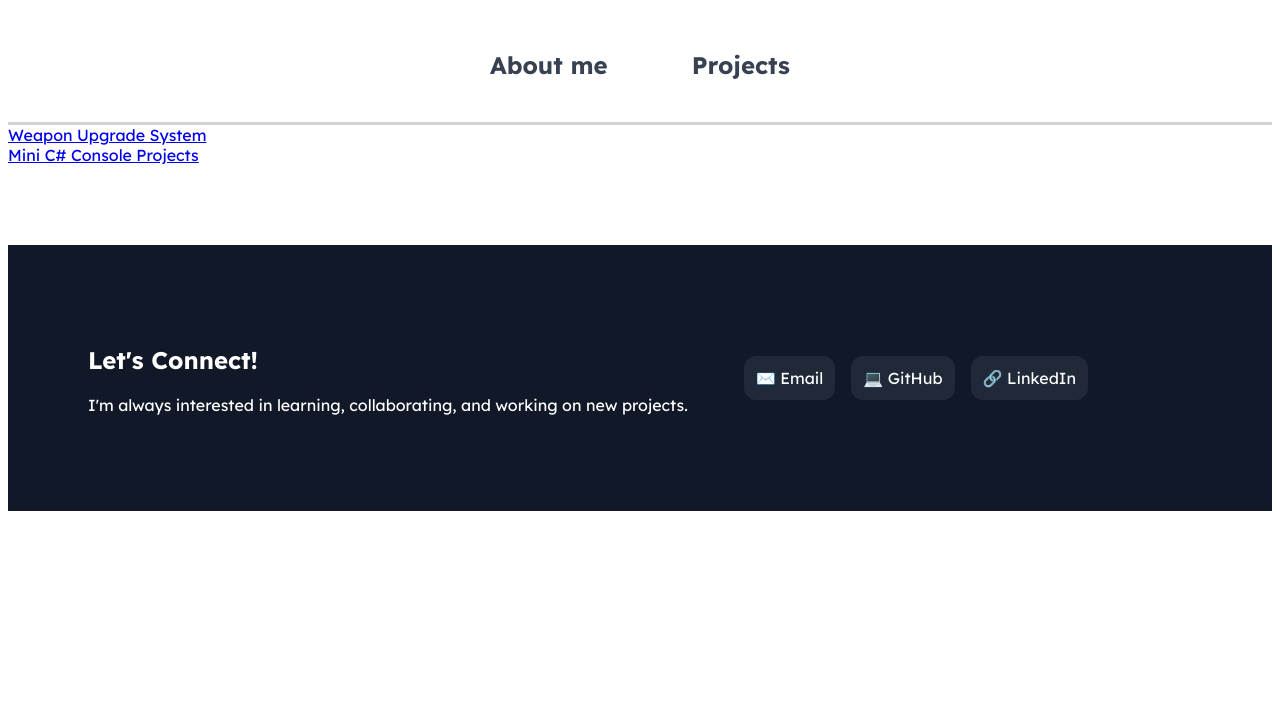
Repository: perrybalaba/perrybalaba
Page: pages/tic-tac-toe.html
The author's editor kept a copy of each file at every save. The page is drawn from the files as they stood at one save, then again after the next save.
The browser window is 1280 px wide. The pictures show the whole page.

Above is the page before, as saved 2026-05-14 17:56:02.

### pages/tic-tac-toe.html
<!DOCTYPE html>
<html lang="en">
<head>
    <meta charset="UTF-8">
    <meta name="viewport" content="width=device-width, initial-scale=1.0">
    <title> Perry's Portfolio </title>
    <link rel="stylesheet" href="../styles/projects.css"/>
    <link rel="stylesheet" href="../styles/globals.css"/>
</head>
<body>
    <main>
        <!-- NAVIGATION BAR -->
        <nav class="Nav-Bar">
            <ul>
                <li><a href="../index.html"> About me </a></li>
                <li><a href="../pages/weapon-upgrade.html"> Projects </a></li>
            </ul>
        </nav>
        <!-- INFO -->

        <!-- MORE PROJECTS -->
        <div class="Other-Projects">
            <div class="Other-Projects-Card">
                <a href="./weapon-upgrade.html"> Weapon Upgrade System </a>
            </div>

            <div class="Other-Projects-Card">
                <a href="./console-projects.html"> Mini C# Console Projects </a>
            </div>
        </div>

        <!-- CONTACT -->
        <div class="Contact">
            <div class="Contact-Container">
                <div class="Contact-Text">
                    <h2> Let's Connect! </h2>
                    <p>
                        I'm always interested in learning, collaborating, and working on new projects.
                    </p>
                </div>

                <div class="Contact-Links">
                    <a href="mailto:balabaperry@gmail.com"> ✉️ Email</a>
                    <a href="https://github.com/perrybalaba"> 💻 GitHub </a>
                    <a href="https://www.linkedin.com/in/ann-karen-balaba-46b839387/"> 🔗 LinkedIn</a>
                </div>
            </div>
        </div>
    </main>
</body>
</html>

### styles/projects.css
/* NAVIGATION BAR */
.Nav-Bar {
    padding: 1rem;
    border-bottom: 3px solid lightgray;
}

nav ul {
    list-style: none;
    display: flex;
    justify-content: center;
    flex-wrap: wrap;
    gap: 2rem;
    padding: 0;
}

nav ul li a {
    display: block;
    text-align: center;
    padding: .75rem 1rem;
    text-decoration: none;
    color: #374151;
    font-weight: bold;
    padding: 10px;
    border-radius: 10px;
    font-size: 1rem;
    transition: 0.2s;
}

nav ul li a:hover {
    transform: scale(1.08);
    background-color: #f3f4f6;
    color: black;
}

/* PROJECT */
.Project-Stats img {
    width: 1em;
    height: 1em;
    vertical-align: middle;
}

.Work-In-Progress {
    background-color: #fffaaf;
    padding: 8px;
    border-radius: 1000px;
    font-size: 0.9rem;
    font-weight: bold;
}

/* CONTACT */
.Contact {
    background-color: #111827;
    color: white;
    padding: 5rem;
    margin-top: 5rem;
}

.Contact-Container {
    display: flex;
    justify-content: space-between;
    align-items: center;
    max-width: 1000px;
    margin: 0;
    flex-wrap: wrap;
    gap: 2rem;
}

.Contact-Links {
    display: flex;
    gap: 1rem;
    flex-wrap: wrap;
}

.Contact-Links a {
    text-decoration: none;
    background-color: #1F2937;
    color: white;
    padding: 12px;
    border-radius: 12px;
    transition: 0.2s ease;
}

.Contact-Links a:hover {
    background-color: #374151;
    transform: scale(1.03);
}

### styles/globals.css
/* FONTS */
@font-face {
    font-family: "NotoSans";
    src: url(../assets/fonts/Noto_Sans/NotoSans-VariableFont_wdth\,wght.ttf);
}

@font-face {
    font-family: "Lexend";
    src: url(../assets/fonts/Lexend_Deca\,Noto_Sans/Lexend_Deca/LexendDeca-VariableFont_wght.ttf);
}

.Home-Header {
    font-family: "NotoSans";
}

.Nav-Bar {
    font-family: "Lexend";
}

main {
    font-family: "Lexend";
}

/* TABLET DESIGN */
@media (min-width: 768px) {
    /* NAVIGATION BAR */
    nav ul li a {
        font-size: 1.3rem;
    }

    /* HEADER */
    .Home-Header {
        font-size: 2.2rem;
    }

    /* ABOUT ME */
    .Info {
        flex-direction: row;
        justify-content: center;
        align-items: center;
        gap: 2rem;
        padding: 2rem;
    }

    .Description {
        width: 60%;
        max-width: 600px;
    }

    .Info img {
        max-width: 300px;
        width: 40%;
    }

    /* SKILLS */
    .Skill-Card {
        width: 260px;
    }

    .Skill-Icons img {
        width: 50px;
        height: 50px;
    }
}

/* DESKTOP */
@media (min-width: 1024px) {

    /* NAVIGATION */
    nav ul {
        gap: 4rem;
    }

    nav ul li a {
        font-size: 1.5rem;
    }

    /* ABOUT ME */
    .Info {
        gap: 5rem;
        padding: 4rem;
        justify-content: center;
        flex-direction: row;
        align-items: center;
    }

    .Description {
        max-width: 650px;
        font-size: 1.2rem;
        display: flex;
        flex-direction: column;
        align-items: center;
        justify-content: center;
        gap: 1rem;
    }

    .Info img {
        max-width: 500px;
    }

    .Home-Header {
        font-size: 4rem;
    }

    /* SKILLS */
    .Skill-Container {
        gap: 3rem;
    }

    .Skill-Card {
        width: 280px;
    }

    .Skill-Icons img {
        width: 80px;
        height: 80px;
    }

    /* SKILLS */
    .Projects-Container {
        display: flex;
        flex-direction: column;
        align-items: center;
    }

    .Project-Card {
        width: 100%;
        max-width: 850px;
        margin: 0 auto;
    }
}

After the next save:
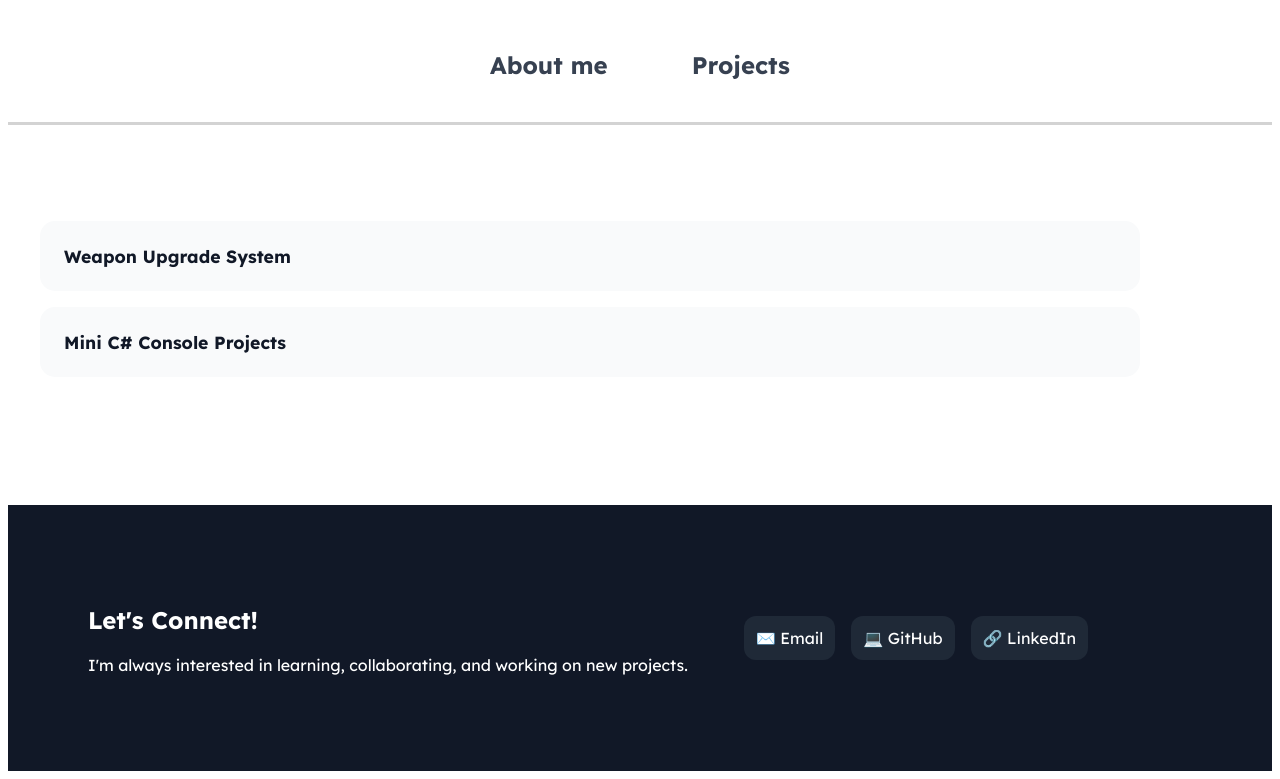
Saved 16 min 55 s later.
--- a/styles/projects.css
+++ b/styles/projects.css
@@ -33,18 +33,79 @@ nav ul li a:hover {
 }
 
 /* PROJECT */
-.Project-Stats img {
-    width: 1em;
-    height: 1em;
-    vertical-align: middle;
+.Other-Projects {
+    max-width: 1100px;
+    margin: 0;
+    padding: 2rem;
+}
+
+.Project-Info-Container h2 {
+    font-size: 3rem;
+    margin-bottom: 1rem;
+}
+
+.Project-Stats {
+    display: flex;
+    gap: 1rem;
+    flex-wrap: wrap;
+    margin-bottom: 2rem;
 }
 
 .Work-In-Progress {
+    display: flex;
+    align-items: center;
+    gap: 6px;
     background-color: #fffaaf;
-    padding: 8px;
+    padding: 10px;
     border-radius: 1000px;
-    font-size: 0.9rem;
     font-weight: bold;
+}
+
+.Work-In-Progress img {
+    width: 20px;
+    height: 20px;
+}
+
+.Project-Info-Card {
+    background-color: #f9fafb;
+    padding: 2rem;
+    border-radius: 20px;
+    line-height: 1.7;
+}
+
+.Project-Info-Card h3 {
+    font-size: 1.5rem;
+    margin-bottom: 1rem;
+    margin-top: 2rem;
+}
+
+/* OTHER PROJECTS */
+.Other-Projects {
+    margin-top: 4rem;
+}
+
+.Other-Projects h2 {
+    margin-bottom: 2rem;
+}
+
+.Other-Projects-Card {
+    background-color: #f9fafb;
+    padding: 1.5rem;
+    border-radius: 15px;
+    margin-bottom: 1rem;
+    transition: 0.2s ease;
+}
+
+.Other-Projects-Card:hover {
+    transform: translateY(-5px);
+    background-color: #f3f4f6;
+}
+
+.Other-Projects-Card a {
+    text-decoration: none;
+    color: #111827;
+    font-weight: bold;
+    font-size: 1.1rem;
 }
 
 /* CONTACT */
